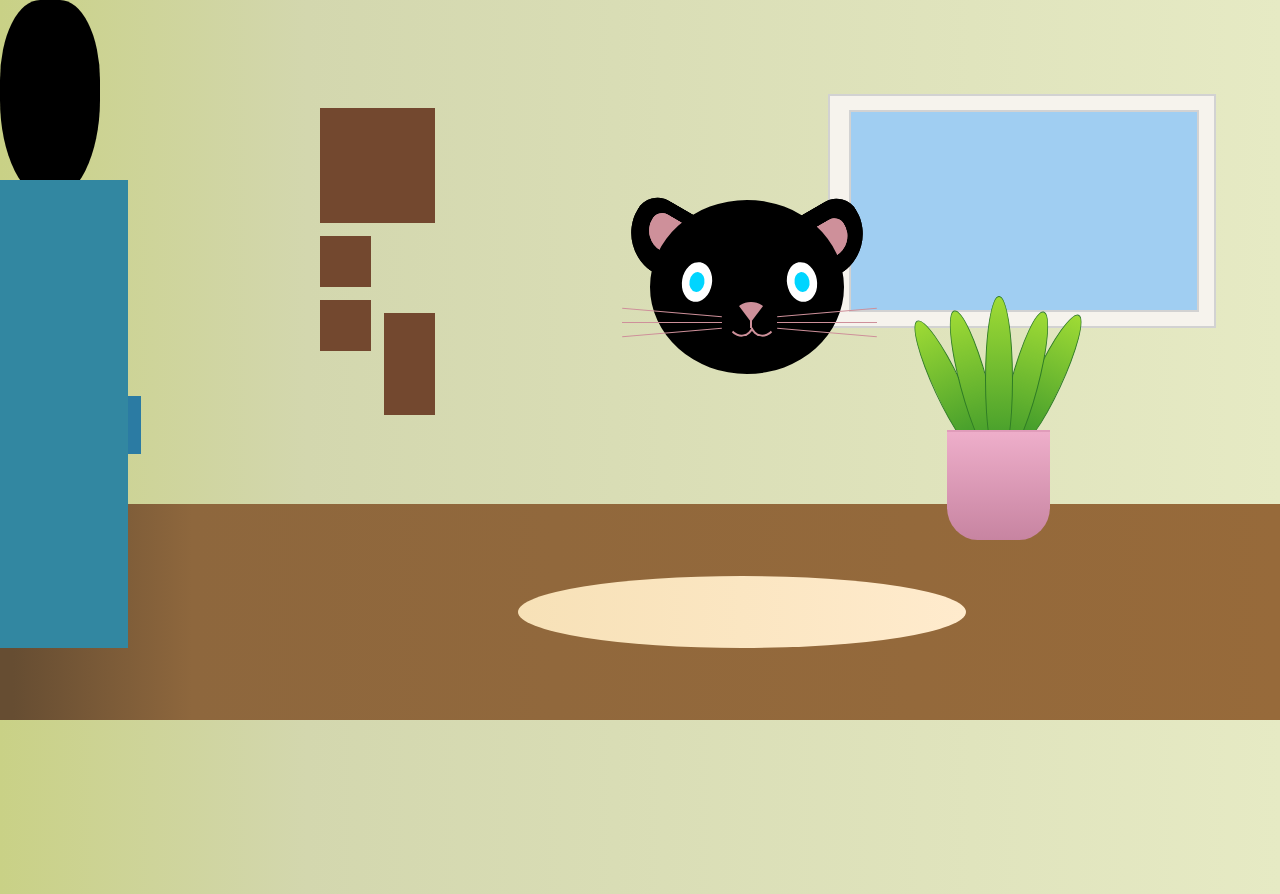
Repository: SandyLy453/COMP-2170-team-project
Page: index.html
These files come from the project's save history. The page is drawn as it stood at one moment and after a run of saves; the edit follows.
The browser window is 1280 px wide. The pictures show the whole page.

Above is the page before, as saved 2024-05-03 13:46:26.

### index.html
<!DOCTYPE html>
<html lang="en">
<head>
    <meta charset="UTF-8">
    <meta name="viewport" content="width=device-width, initial-scale=1.0">
    <title>Team Project: Doll Dress-Up Game</title>
    <link rel="stylesheet" href="styles.css" />
</head>
<body>
    <main class="main-area">
        <div class="background">
            <div class="floor"></div>
            <div class="closet">
                <div class="openner"></div>
            </div>
            <div class="carpet"></div>
            <div class="window">
                <div class="outside"></div>
            </div>
            <div class="plantPot">
                <div class="leaves">
                    <div class="plant"></div>
                    <div class="plant-left-one"></div>
                    <div class="plant-right-one"></div>
                    <div class="plant-left-two"></div>
                    <div class="plant-right-two"></div>
                </div>
                <div class="pot"></div>
            </div>
            <div class="picturesCombo">
                <div class="pictures-one">
                    <div class="pic-one"></div>
                </div>
                <div class="pictures-two">
                    <div class="pic-two"></div>
                </div>
                <div class="pictures-three">
                    <div class="pic-three"></div>
                </div>
                <div class="pictures-four">
                    <div class="pic-four"></div>
                </div>
                <div class="pictures-five">
                    <div class="pic-five"></div>
                </div>
                <div class="pictures-six">
                    <div class="pic-six"></div>
                </div>
            </div>
        </div>

        <div class="character">
            <div class="cat">
                <div class="cat-head">
                    <div class="ears">

                        <div class="left-ear">
                            <div class="left-inner-ear">
                            </div>
                        </div>

                        <div class="right-ear">
                            <div class="right-inner-ear">
                            </div>
                        </div>
                    </div>

                    <div class="cat-eyes">
                        <div class="left-eye">
                            <div class="left-inner-eye">
                            </div>
                        </div>
                        <div class="right-eye">
                            <div class="right-inner-eye">
                            </div>
                        </div>
                    </div>

                    <div class="cat-nose"></div>

                    <div class="cat-mouth">
                        <div class="middle-line"></div>
                        <div class="left-line"></div>
                        <div class="right-line"></div>
                    </div>

                    <div class="cat-whiskers-left">
                        <div class="whisker-left-top"></div>
                        <div class="whisker-left-middle"></div>
                        <div class="whisker-left-bottom"></div>
                    </div>
                    <div class="cat-whiskers-right">
                        <div class="whisker-right-top"></div>
                        <div class="whisker-right-middle"></div>
                        <div class="whisker-right-bottom"></div>
                    </div>
                </div>

                <div class="cat-body">
                    <div class="arm left-arm"></div>
                    <div class="arm right-arm"></div>
                    <div class="foot left-foot"></div>
                    <div class="foot right-arm"></div>
                </div>
            </div>
        </div>
    </main>
    <script src="script.js"></script>
</body>
</html>

### styles.css
body {
    margin: 0;
    width: 100vw;
    min-height: 100vh;
    background: linear-gradient(90deg, rgba(201,209,134,1) 0%, rgba(211,215,174,1) 24%, rgba(230,234,196,1) 100%);
}

/* Background styling */

.background {
    z-index: -10;
}

.floor {
    position: absolute;
    bottom: 0;
    width: 100vw;
    height: 30vh;
    background: linear-gradient(90deg, rgba(102,77,50,1) 1%, rgb(142, 103, 61) 15%, rgba(151,106,58,1) 100%);
    z-index: -2;
}

.closet {
    position: absolute;
    bottom: 10vh;
    left: 0;
    width: 10vw;
    height: 65vh;
    background-color: rgb(50, 135, 161);
}

.openner {
    position: relative;
    width: 1vw;
    height: 8vh;
    left: 10vw;
    bottom: -30vh;
    background-color: rgb(43, 123, 163);
}

.carpet {
    width: 35vw;
    height: 10vh;
    border-radius: 50%;
    background: linear-gradient(90deg, rgba(247,225,183,1) 0%, rgba(255,235,205,1) 100%);
    position: absolute;
    bottom: 10vh;
    right: 24.5vw;
}

.window {
    width: 30vw;
    height: 32vh;
    background-color: rgb(246, 243, 237);
    position: absolute;
    right: 5vw;
    top: 13vh;
    border: 2px solid rgb(210, 210, 210);
    z-index: -10;
}

.outside {
    width: 27vw;
    height: 27.5vh;
    background-color: rgb(160, 206, 242);
    position: relative;
    left: 1.5vw;
    top: 2vh;
    border: 2px solid rgb(210, 210, 210)
}

.plantPot {
    position: absolute;
    right: 18vw;
    bottom: 25vh;
}

.pot {
    width: 8vw;
    height: 15vh;
    background: linear-gradient(180deg, rgba(238,174,202,1) 0%, rgba(199,132,161,1) 100%);
    border-bottom-left-radius: 30%;
    border-bottom-right-radius: 30%;
    border-top: 2px solid rgb(224, 156, 186);
    z-index: 2;
}

.leaves {
    position: relative;
    top: 29rem;
    left: 0.45rem;
}

.plant {
    height: 23vh;
    width: 2vw;
    background: linear-gradient(0deg, rgba(55,148,42,1) 0%, rgba(159,219,53,1) 100%);
    z-index: -1;
    position: relative;
    top: 10.5rem;
    left: 30%;
    border-radius: 100%;
    border: 1px solid rgb(47, 124, 37);
}

.plant-left-one {
    height: 21vh;
    width: 2vw;
    background: linear-gradient(0deg, rgba(55,148,42,1) 0%, rgba(159,219,53,1) 100%);
    z-index: -2;
    position: relative;
    top: 0.75rem;
    left: 0.35rem;
    border-radius: 100%;
    border: 1px solid rgb(47, 124, 37);
    transform: rotate(-15deg);
}

.plant-right-one {
    height: 21vh;
    width: 2vw;
    background: linear-gradient(0deg, rgba(55,148,42,1) 0%, rgba(159,219,53,1) 100%);
    z-index: -3;
    position: relative;
    top: -8.75rem;
    left: 3.5rem;
    border-radius: 100%;
    border: 1px solid rgb(47, 124, 37);
    transform: rotate(15deg);
}

.plant-left-two {
    height: 20vh;
    width: 2vw;
    background: linear-gradient(0deg, rgba(55,148,42,1) 0%, rgba(159,219,53,1) 100%);
    z-index: -4;
    position: relative;
    top: -18rem;
    left: -1.25rem;
    border-radius: 100%;
    border: 1px solid rgb(47, 124, 37);
    transform: rotate(-25deg);
}

.plant-right-two {
    height: 20vh;
    width: 2vw;
    background: linear-gradient(0deg, rgba(55,148,42,1) 0%, rgba(159,219,53,1) 100%);
    z-index: -5;
    position: relative;
    top: -27.5rem;
    left: 5rem;
    border-radius: 100%;
    border: 1px solid rgb(47, 124, 37);
    transform: rotate(25deg);
}

.picturesCombo {
    position: absolute;
    left: 25vw;
    top: 15vh;
}

.pictures-one {
    position: relative;
    width: 9vw;
    height: 9vw;
    background-color: rgb(115, 72, 47);
}

.pictures-two {
    position: relative;
    top: 1vw;
    width: 4vw;
    height: 4vw;
    background-color: rgb(115, 72, 47);
}

.pictures-three {
    position: relative;
    top: 2vw;
    width: 4vw;
    height: 4vw;
    background-color: rgb(115, 72, 47);
}

.pictures-four {
    position: relative;
    top: -1vw;
    left: 5vw;
    width: 4vw;
    height: 8vw;
    background-color: rgb(115, 72, 47);
}

.pictures-five {
    position: relative;
}

.pictures-six {
    position: relative;
}



/* Cat styling */

.cat-head {
    position: absolute;
    right: 0;
    left: 650px;
    top: 200px;
    bottom: 0;
    background-color: black;
    width: 190px;
    height: 170px;
    border: 2px solid black;
    border-radius: 50%;
}

.left-ear {
    position: absolute;
    z-index: -1;
    top: 0;
    left: -25px;
    border-top-left-radius: 80px;
    border-top-right-radius: 40px;
    transform: rotate(-60deg);
    border-left: 35px solid black;
    border-right: 35px solid black;
    border-bottom: 70px solid black;
}

.right-ear {
    position: absolute;
    z-index: -1;
    top: 1px;
    left: 145px;
    border-top-left-radius: 40px;
    border-top-right-radius: 80px;
    transform: rotate(60deg);
    border-left: 35px solid black;
    border-right: 35px solid black;
    border-bottom: 70px solid black;
}

.left-inner-ear {
    position: absolute;
    top: 0;
    left: -30px;
    transform: scale(0.5);
    border-top-left-radius: 80px;
    border-top-right-radius: 40px;
    border-bottom-right-radius: 40%;
    border-bottom-left-radius: 40%;
    border-left: 35px solid rgb(206, 144, 154);
    border-right: 35px solid rgb(206, 144, 154);
    border-bottom: 70px solid rgb(206, 144, 154);
}

.right-inner-ear {
    position: absolute;
    top: 0px;
    left: -35px;
    transform: scale(0.5);
    border-top-left-radius: 40px;
    border-top-right-radius: 80px;
    border-bottom-right-radius: 40%;
    border-bottom-left-radius: 40%;
    border-left: 35px solid rgb(206, 144, 154);
    border-right: 35px solid rgb(206, 144, 154);
    border-bottom: 70px solid rgb(206, 144, 154);
}

.left-eye {
    position: absolute;
    top: 60px;
    left: 30px;
    border-radius: 60%;
    transform: rotate(10deg);
    width: 30px;
    height: 40px;
    background-color: white;
}

.right-eye {
    position: absolute;
    top: 60px;
    left: 135px;
    border-radius: 60%;
    transform: rotate(-10deg);
    width: 30px;
    height: 40px;
    background-color: white;
}

.left-inner-eye {
    position: absolute;
    top: 0px;
    left: 0px;
    border-radius: 60%;
    transform: scale(0.5);
    width: 30px;
    height: 40px;
    background-color: rgb(0, 213, 255);
}

.right-inner-eye {
    position: absolute;
    top: 0px;
    left: 0px;
    border-radius: 60%;
    transform: scale(0.5);
    width: 30px;
    height: 40px;
    background-color: rgb(0, 213, 255);
}

.cat-nose {
    position: absolute;
    top: 100px;
    left: 84px;
    border-top-left-radius: 50%;
    border-top-right-radius: 50%;
    border-bottom-right-radius: 50%;
    border-bottom-left-radius: 50%;
    transform: rotate(180deg);
    border-left: 15px solid transparent;
    border-right: 15px solid transparent;
    border-bottom: 20px solid rgb(206, 144, 154);
}

/* .cat-mouth div{
    position: absolute;
    top: 50px;
    width: 30px;
    height: 50px;
    border: 2px solid rgb(206, 144, 154);
    border-radius: 190%/190px;
    border-color: rgb(206, 144, 154) transparent transparent transparent;
} */

.left-line {
    position: absolute;
    top: 81px;
    left: 69.5px;
    width: 30px;
    height: 50px;
    border: 2px solid rgb(206, 144, 154);
    border-radius: 80%;
    transform: rotate(170deg);
    border-color: rgb(206, 144, 154) transparent transparent transparent;
}

.middle-line {
    position: absolute;
    top: 120px;
    left: 94px;
    width: 10px;
    height: 2px;
    background-color: rgb(206, 144, 154);
    transform: rotate(90deg);
}

.right-line {
    position: absolute;
    top: 81px;
    left: 95.5px;
    width: 30px;
    height: 50px;
    border: 2px solid rgb(206, 144, 154);
    border-radius: 80%;
    transform: rotate(190deg);
    border-color: rgb(206, 144, 154) transparent transparent transparent;
}

.whisker-left-top {
    position: absolute;
    top: 110px;
    left: -30px;
    transform: rotate(5deg);
    width: 100px;
    height: 1px;
    background-color: rgb(206, 144, 154);
}

.whisker-left-middle {
    position: absolute;
    top: 120px;
    left: -30px;
    transform: rotate(0deg);
    width: 100px;
    height: 1px;
    background-color: rgb(206, 144, 154);
}

.whisker-left-bottom {
    position: absolute;
    top: 130px;
    left: -30px;
    transform: rotate(-5deg);
    width: 100px;
    height: 1px;
    background-color: rgb(206, 144, 154);
}

.whisker-right-top {
    position: absolute;
    top: 110px;
    left: 125px;
    transform: rotate(-5deg);
    width: 100px;
    height: 1px;
    background-color: rgb(206, 144, 154);
}

.whisker-right-middle {
    position: absolute;
    top: 120px;
    left: 125px;
    transform: rotate(0deg);
    width: 100px;
    height: 1px;
    background-color: rgb(206, 144, 154);
}

.whisker-right-bottom {
    position: absolute;
    top: 130px;
    left: 125px;
    transform: rotate(5deg);
    width: 100px;
    height: 1px;
    background-color: rgb(206, 144, 154);
}

.cat-body {
    width: 100px;
    height: 200px;
    background-color: black;
    border-radius: 80% 80% 100% 100%;
}

### script.js
const shirts = ["shirt1","shirt2","shirt3","shirt4", "shirt5"]

const bottoms = ["bottom1","bottom2","bottom3","bottom4", "bottom5"]

const accessories = ["acc1","acc2","acc3","acc4", "acc5"]

After the next 3 saves:
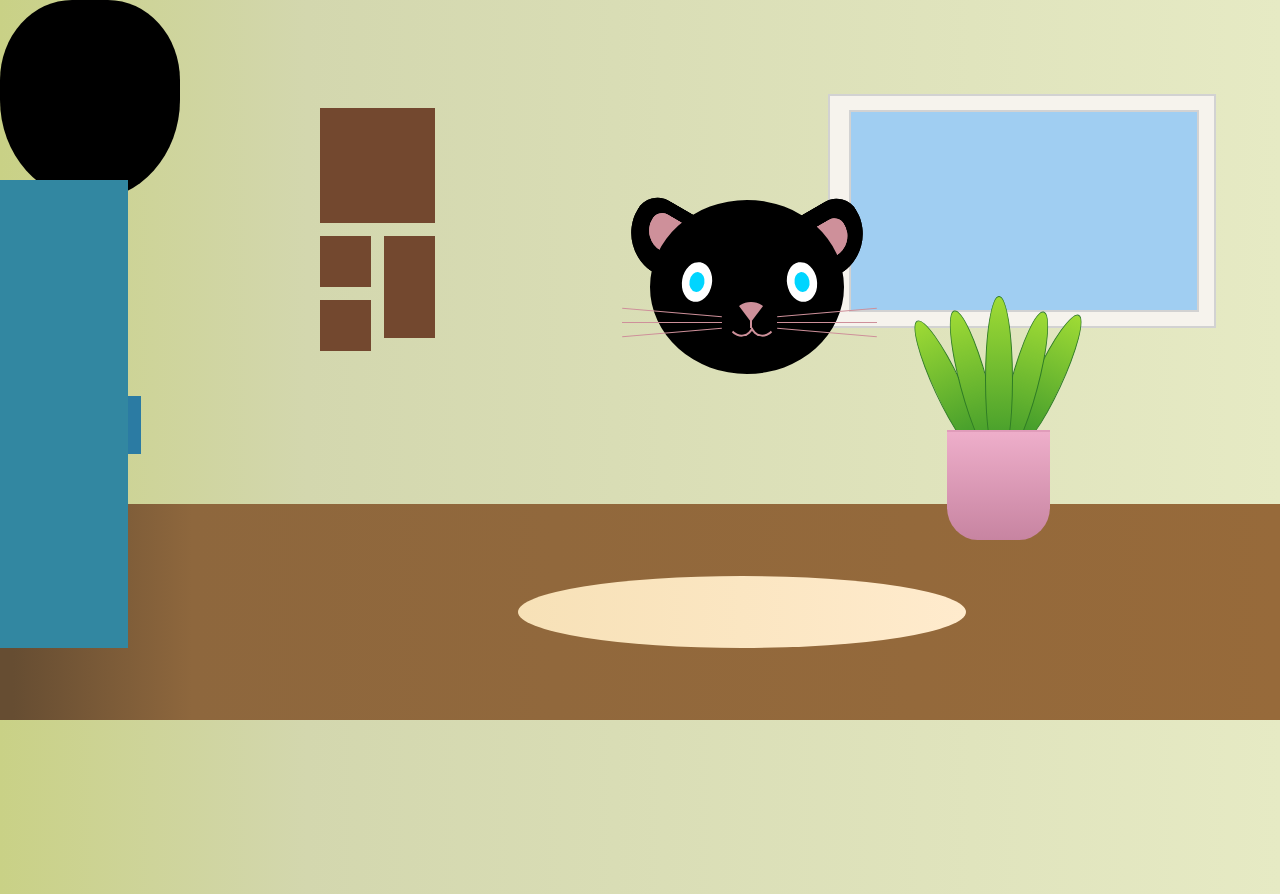
The 3 saves are shown as one change because they came seconds apart.
The last was saved 12 s later.
--- a/styles.css
+++ b/styles.css
@@ -186,7 +186,7 @@ body {
 
 .pictures-four {
     position: relative;
-    top: -1vw;
+    top: -7vw;
     left: 5vw;
     width: 4vw;
     height: 8vw;
@@ -435,7 +435,7 @@ body {
 }
 
 .cat-body {
-    width: 100px;
+    width: 180px;
     height: 200px;
     background-color: black;
     border-radius: 80% 80% 100% 100%;
